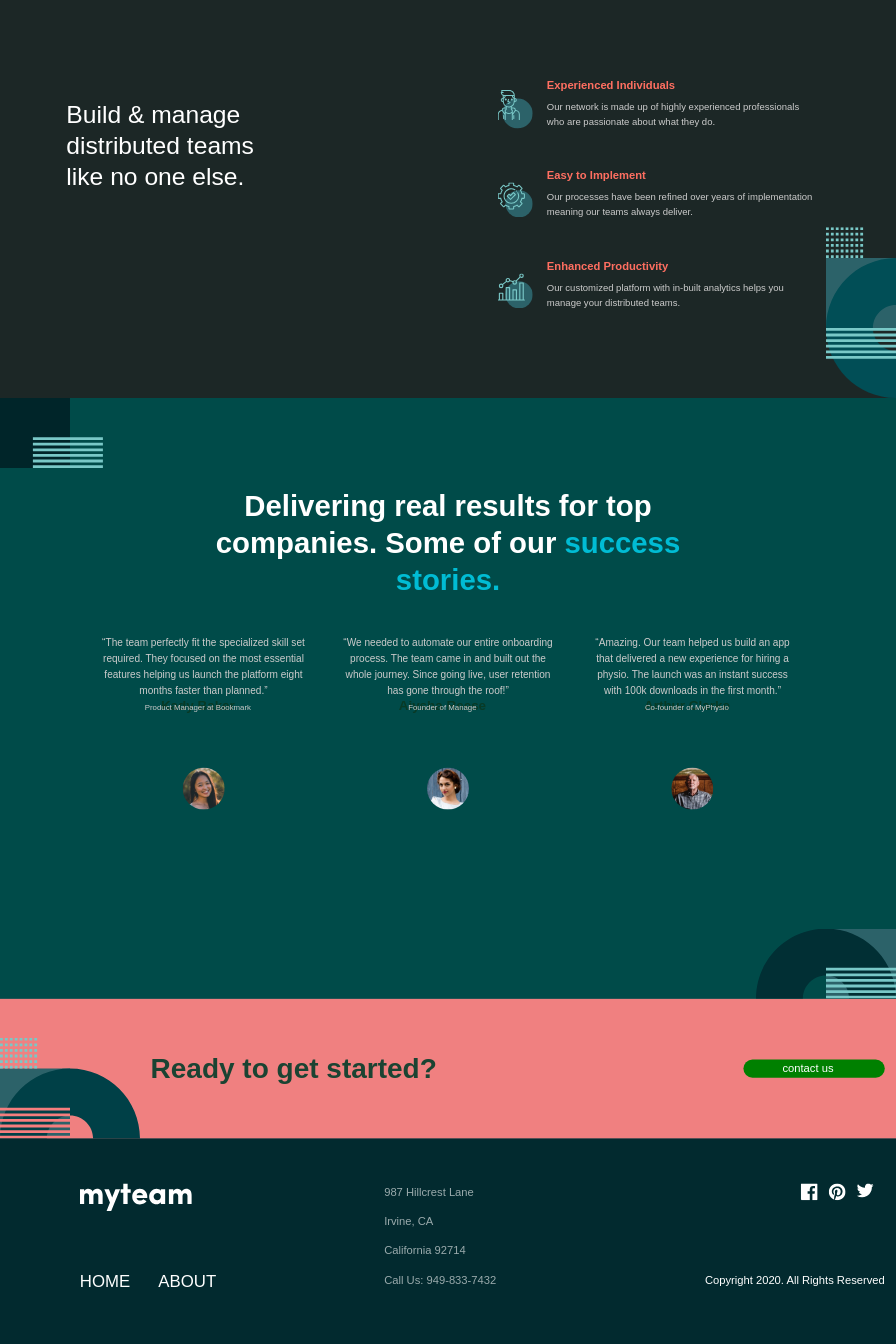
Repository: Gabriel221-dev/Project-page-main
Page: /
An editor plug-in stored every save of this project. The page is shown before and after the next save, followed by the edit.
The browser window is 1280 px wide. The pictures show the part of the page from y = 692 to 2612 px (the page is 2612 px tall), at 70% of full size.
The project was rebuilt for these pictures with package versions that can differ from the ones it lists, and the page was loaded fresh each time. Also part of the build but not shown: vite.config.js, src/pages/About.css, src/components/DirectorCard.css, src/components/DirectorCard.jsx, src/pages/About.jsx, src/pages/Contact.css, src/pages/Contact.jsx.

Above is the page before, as saved 2024-07-23 18:21:31.

### src/App.jsx
import { BrowserRouter as Router, Route, Routes } from "react-router-dom";
import Home from "./pages/Home";
import About from "./pages/About";
import Contact from "./pages/Contact";
import Header from "./components/Header";
import Footer from "./components/Footer";
import "./styles/global.css";

const App = () => {
  return (
    <Router>
      <Header />
      <main>
        <Routes>
          <Route path="/" element={<Home />} />
          <Route path="/about" element={<About />} />
          <Route path="/contact" element={<Contact />} />
        </Routes>
      </main>
      <Footer />
    </Router>
  );
};

export default App;

### src/components/Header.jsx
import { useState } from "react";
import { NavLink } from "react-router-dom";
import { FaBars } from "react-icons/fa";
import Sidebar from "./Sidebar";
import "./Header.css";
import { IconContext } from "react-icons";

const Header = () => {
  const [isSidebarToggled, setSidebarToggled] = useState(false);

  const handleToggle = () => {
    setSidebarToggled((prev) => !prev);
  };

  return (
    <>
      <IconContext.Provider value={{ color: "#fff" }}>
        <header className="header">
          <nav className="header__nav">
            <NavLink className="header__brand" to="/">
              <img
                className="header__logo"
                src="/Imagez/logo.svg"
                alt="Logo"
                loading="eager"
                width="160"
              />
            </NavLink>

            <ul className="header__navigation">
              <li className="header__link">
                <NavLink
                  className={({ isActive }) =>
                    isActive
                      ? "header__anchor header__anchor--active"
                      : "header__anchor"
                  }
                  to="/"
                >
                  home
                </NavLink>
              </li>
              <li className="header__link">
                <NavLink
                  className={({ isActive }) =>
                    isActive
                      ? "header__anchor header__anchor--active"
                      : "header__anchor"
                  }
                  to="/about"
                >
                  about
                </NavLink>
              </li>

              <NavLink className="header__btn" to="/contact">
                contact us
              </NavLink>
            </ul>

            <button
              className="header__menu"
              title="Toggle Menu"
              onClick={handleToggle}
            >
              <FaBars />
            </button>
          </nav>
          <Sidebar isOpen={isSidebarToggled} onToggle={handleToggle} />
        </header>
      </IconContext.Provider>
    </>
  );
};

export default Header;

### src/styles/global.css
/* Reset some default browser styles */
* {
    margin: 0;
    padding: 0;
    box-sizing: border-box;
  }

  body {
    font-family: 'Arial', sans-serif;
    line-height: 1.6;
    color: #333;
    background-color: #004953;
    margin: 0;
    padding: 0;
  }

  /* Headings */
  h1, h2, h3, h4, h5, h6 {
    margin-bottom: 1rem;
    line-height: 1.25;
  }

  h1 {
    font-size: 2.5rem;
  }

  h2 {
    font-size: 2rem;
  }

  h3 {
    font-size: 1.75rem;
  }

  h4 {
    font-size: 1.5rem;
  }

  h5 {
    font-size: 1.25rem;
  }

  h6 {
    font-size: 1rem;
  }

  /* Paragraphs */
  p {
    margin-bottom: 1rem;
  }

  /* Links */
  a {
    color: #007BFF;
    text-decoration: none;
  }

  a:hover {
    text-decoration: underline;
  }

  /* Images */
  img {
    max-width: 100%;
    height: auto;
  }

  /* Forms */
  input, textarea, button {
    font-family: inherit;
    font-size: inherit;
  }

  input, textarea {
    width: 100%;
    padding: 0.5rem;
    margin-bottom: 1rem;
    border: 1px solid #ccc;
    border-radius: 4px;
  }

  button {
    padding: 0.5rem 1rem;
    background-color: #007BFF;
    color: #fff;
    border: none;
    border-radius: 4px;
    cursor: pointer;
  }

  button:hover {
    background-color: #0056b3;
  }

  /* Utility Classes */
  .container {
    max-width: 1200px;
    margin: 0 auto;
    padding: 0 1rem;
  }

  .text-center {
    text-align: center;
  }

  .mt-1 {
    margin-top: 1rem;
  }

  .mb-1 {
    margin-bottom: 1rem;
  }

  .mt-2 {
    margin-top: 2rem;
  }

  .mb-2 {
    margin-bottom: 2rem;
  }

  .mt-3 {
    margin-top: 3rem;
  }

  .mb-3 {
    margin-bottom: 3rem;
  }

  .mt-4 {
    margin-top: 4rem;
  }

  .mb-4 {
    margin-bottom: 4rem;
  }

  .mt-5 {
    margin-top: 5rem;
  }

  .mb-5 {
    margin-bottom: 5rem;
  }

### src/components/ContactBanner.jsx
import { Link } from "react-router-dom";
import "./ContactBanner.css";

const ContactBanner = () => {
  return (
    <div className="banner">
      <div className="banner__content">
        <h1 className="banner__title">Ready to get started?</h1>
        <Link to="/contact" className="banner__btn">
          contact us
        </Link>
      </div>
    </div>
  );
};

export default ContactBanner;

### src/pages/Home.css
/* Variables */
:root {
    --midnight-green: #004d40;
    --light-coral: #ff6f61;
    --rapture-blue: #00bcd4;
    --deep-jungle-green: #002b22;
    --sacramento-state-green: #003b36;
  }

  /* Main styles */
  /* .home {
    padding: 10px;
  } */

  .find {

    display: flex;
    align-items: center;
    justify-content: center;
    padding: 50px 0;
    position: relative;
    background-image: url('/Imagez/bg-pattern-home-1.svg');
    background-repeat: no-repeat;
    background-position: left -100px top 56px;
  }

  @media only screen and (max-width: 768px) {
    .find {
      background-image: none;
    }
  }

  .find__content {
    display: flex;
    flex-direction: row;
    align-items: center;
    justify-content: center;
    text-align: left;
    color: white;
    background-image:url('/Imagez/bg-pattern-home-2.svg');
    background-repeat: no-repeat;
    background-position: right bottom ;
  }

  @media only screen and (max-width: 768px) {
    .find__content {
      flex-direction: column;
    }
  }

  .find__title {
    font-size: 6.8rem;
    margin-bottom: 4rem;
    padding-left: 2rem;
    padding-bottom: 3rem;
    flex: 1;
    max-width: 700px;
  }

  @media only screen and (max-width: 768px) {
    .find__title {
      text-align: center;
      margin: 0 auto;
      font-size: 2rem;
    }
  }

  .find__title--coral {
    color: var(--light-coral);
  }

  .find__description {
    font-size: 1rem;
    padding: 2rem 0.5rem;
    margin: 1rem 0.5rem;
    max-width: 420px;
    flex: 1;
  }

  @media only screen and (max-width: 768px) {
    .find__description {
      text-align: center;
      margin: 0 auto;
      font-size: 1rem;
    }
  }

  .build {
    background-color: #1c2726;
    padding: 50px 0;
    display: flex;
    height: 100%;
    align-items: center;
    justify-content: center;
    position: relative;
    background-image: url('/Imagez/bg-pattern-home-3.svg');
    background-repeat: no-repeat;
    background-position: right -100px bottom;
  }

  @media only screen and (max-width: 768px) {
    .build {
      background-position: right -100px top;
      flex-direction: column;
    }
  }

  .build__content {
    display: flex;
    flex-direction: row;
    align-items: flex-start;
    justify-content: space-between;
    max-width: 1200px;
    width: 100%;
    margin-top: 1rem;
    padding: 1.8rem;
  }

  @media only screen and (max-width: 768px) {
    .build__content {
      flex-direction: column;
    }
  }

  .build__title {
    font-size: 2.2rem;
    color: #fff;
    margin: 10px -24px;
    flex: 1;
    max-width: 420px;
    padding: 50px;
    text-align: left;
    font-weight: 200;
  }

  @media only screen and (max-width: 768px) {
    .build__title {
      margin-bottom: 20px;
      text-align: left;
      padding: 1rem;
      width: 250px;
      font-size: 2rem;
      text-align: left;
      justify-content: flex-start;
    }
  }

  .build__items {
    font-size: 0.5rem;
    display: flex;
    flex-direction: column;
    flex: 1;
    margin: 10px 50px;
    max-width: 450px;
  }

  @media only screen and (max-width: 768px) {
    .build__items {
      max-width: 100%;
    }
  }

  .build__item {
    display: flex;
    align-items: center;
    margin: 20px 0;
    text-align: left;
  }

  @media only screen and (max-width: 768px){
    .build__item{
      flex-direction: column;
      align-items: center;
    }
  }

  .build__icon {
    width: 50px;
    margin-right: 20px;

  }

  @media only screen and (max-width: 768px) {
    .build__icon {
      margin-bottom: 10px; /* Space between icon and text */
    }
  }

  .build__text h3 {
    font-size: 1rem;
    color: #ff6f61;
    font-weight: bold;
    margin-bottom: 10px;
  }

  @media screen and (max-width:768px){
    .build__text h3{
      padding: 1rem;
      font-size: 1rem;
      text-align: center;

    }
  }

  .build__text p {
    font-size: 0.85rem;
    color: #ccc;
    margin-top: 0;
  }

  @media screen and (max-width:768px){
    .build__text p{
      padding-bottom: .5rem;
      font-size: .8rem;
      width: 340px;
      text-align: center;
    }
  }

  .delivering {
    background-color: #004b49;
    padding: 50px 0px;
    position: relative;
    background-image:url(/Imagez/bg-pattern-home-4-about-3.svg), url(/Imagez/bg-pattern-home-5.svg);
    background-repeat: no-repeat;
    background-position: left top, right bottom;
    width: auto;
  }

  .delivering__content {
    text-align: center;
    max-width: 1000px;
    margin: 0 auto;
    grid-column: center-start / center-end;
    grid-row: 2 / 3;
    display: grid;
    grid-template-rows: 140px repeat(2, auto) 140px;
  }

  @media only screen and (max-width: 768px) {
    .delivering__content {
      grid-template-rows: 100px repeat(2, auto) 100px;
    }
  }

  .delivering__title {
    font-size: 41.9px;
    font-weight: bold;
    color: #fff;
    text-align: center;
    max-width: 49.5rem;
    height: 170px;
    margin-left: auto;
    margin-right: auto;
    margin-top: 79px;
    /* background-color:greenyellow; */
  }

  @media only screen and (max-width: 768px) {
    .delivering__title {
      margin-top: 4.8rem;
      font-size: 1.9rem;
      display: block;
      max-width: 550px;
      margin-bottom: 60px;
      padding: 1.5rem;
    }
  }

  .delivering__title--rapture-blue {
    color: var(--rapture-blue);
  }

  .delivering__quotes {
    justify-content: center;
    grid-row: 3 / 4;
    display: grid;
    grid-template-columns: repeat(3, 1fr);
    column-gap: 3rem;
    margin-top: 2rem;
    height: 350px;
    max-width: 1000px;
    margin-top: 8rem;
  }

  @media only screen and (max-width: 768px) {
    .delivering__quotes {
      grid-template-columns: 1fr;
      grid-template-rows: repeat(3, min-content);
      column-gap: 0;
      row-gap: 2.5rem;
      padding: 2.5rem;
      margin-top: 6.8rem;
    }
  }

  .delivering__quote {
    text-align: center;
    display: flex;
    flex-direction: column;
    justify-content: space-between;
    height: 100%;
        margin-left: auto;
    margin-right: auto;
  }

  .delivering__quote p {
    font-size: .9rem;
    color: #ccc;
    display: -webkit-box;
    -webkit-box-orient: vertical;
    -webkit-line-clamp: 4;
    overflow: hidden;
    text-overflow: ellipsis;
    margin-top: 20px;
  }

  .delivering__quote h3 {
    font-size: 1.2rem;
    color: #083a26;
    margin:-8rem 2rem -3rem 1rem;
  }

  .delivering__quotes .name__tag {
    font-size: .7rem;
    margin:-5rem 1rem -2rem 0rem;
  }

  .delivering__quote img {
    width: 60px;
    height: 60px;
    border-radius: 50%;
    align-self: center;
    margin: 0rem 0rem 5rem 0rem ;
  }


  @media only screen and (max-width: 768px) {
    .delivering__quotes {
      grid-template-columns: 1fr;
      grid-template-rows: repeat(3, min-content);
      column-gap: 0;
      row-gap: 2.5rem;
      padding: 2.5rem;
      height: auto
    }

    .delivering__quote {
      height: auto; /* Adjust height for smaller screens */
    }

    .delivering__quote p {
      -webkit-line-clamp: 3; /* Limits the text to 3 lines on smaller screens */
    }

    .delivering__quote h3, p{
      margin: .5rem;
    }

    .delivering__quote .name__tag{
      margin: -4px;
    }

    .delivering__quote img{
      margin: 15px;
    }
  }

### src/components/Sidebar.jsx
import PropTypes from "prop-types";
import { useNavigate } from "react-router-dom";
import { AiOutlineClose } from "react-icons/ai";
import "./Sidebar.css";
import { IconContext } from "react-icons";

const Sidebar = ({ isOpen, onToggle }) => {
  const navigate = useNavigate();

  const handleNavigate = (path) => {
    navigate(path);
    onToggle();
  };

  return (
    <IconContext.Provider value={{ color: "#fff" }}>
      <div className={`sidebar ${isOpen ? "sidebar--open" : ""}`}>
        <div className="sidebar__overlay" onClick={onToggle}></div>
        <div className="sidebar__content">
          <div className="sidebar__header">
            <button
              className="sidebar__close"
              title="Close Menu"
              onClick={onToggle}
            >
              <AiOutlineClose />
            </button>
          </div>

          <ul className="sidebar__navigation">
            <li className="sidebar__link">
              <button
                className="sidebar__anchor"
                onClick={() => handleNavigate("/")}
              >
                home
              </button>
            </li>
            <li className="sidebar__link">
              <button
                className="sidebar__anchor"
                onClick={() => handleNavigate("/about")}
              >
                about
              </button>
            </li>
          </ul>

          <button
            className="sidebar__btn"
            onClick={() => handleNavigate("/contact")}
          >
            contact us
          </button>
        </div>
      </div>
    </IconContext.Provider>
  );
};

Sidebar.propTypes = {
  isOpen: PropTypes.bool.isRequired,
  onToggle: PropTypes.func.isRequired,
};

export default Sidebar;

### src/components/Header.css
.header {
    background-color: #004953;
    height: 194px;
    display: flex;
    justify-content: space-between;
    align-items: center;
    padding: 1rem 7rem;
  }

  @media only screen and (max-width: 850px) {
    .header {
      height: 150px;
      /* background-color:red; */
      align-items:left;
    }
  }

  @media only screen and (max-width: 576px) {
    .header {
      height: 128px;
    }
  }

  .header__nav {
    /* display: flex;
    align-items: center;
    gap: 8rem; */
    grid-column: center-start / center-end;
    display: grid;
    grid-template-columns: max-content 1fr max-content;
    align-items: center;
    column-gap: 8rem;

    @media only screen and (max-width: 768px) {
      column-gap: 4rem;
    }

    @media only screen and (max-width: 576px) {
        grid-template-columns: repeat(2, 1fr);
        column-gap: 0;
    }
  }

  .header__logo {
    max-width: 158px;

    @media only screen and (max-width: 768px) {
      margin-right: 14rem;
      margin-left: -5rem;
    }
  }

  .header__navigation {
    list-style: none;
    display: flex;
    margin: 0;
    padding: 0;
    text-decoration: none;

    @media only screen and (max-width: 820px) {
      display: none;
    }
  }

  .header__link {
    margin-right: 4rem;
    text-decoration: none;
  }

  /* .header:last-child {
    margin-right: 0;
  } */

  .header__anchor {
    font-size: 1.3rem;
    text-decoration: none;
    color: #333;
    font-weight: bold;
  }

  .header__anchor:hover{
    text-decoration: none;
  }

  .header__anchor--active {
    color: #f08080;
}

  .header__btn {
    background-color: transparent;
    border: 2px solid #fff;
    border-radius:16px;
    color: #fff;
    padding: 0.5rem 1.5rem;
    margin-left: 16rem;
    text-decoration: none;
    display: inline-block;
    cursor: pointer;
    justify-self: end;

    @media only screen and (max-width: 820px) {
      display: none;
    }
  }

  .header__btn:hover{
    background-color:white;
    color:#004953;
    text-decoration: none;
    border-radius:16px;
    transform: scale(1.05);
    transition: transform 0.6s ease-in-out, border-bottom 0.6s ease;
  }

  .header__menu {
    display: none;

    @media only screen and (max-width: 820px) {
      display: flex;
      width: 50px;
      height: 28px;
      padding: .1rem;
      border: 0;
      outline: 0;
    }
  }

  .header__menu:hover{
    background:none;
  }

### src/components/ContactBanner.css
.banner {
    background-color: #f08080;
    height: 200px;
    display: grid;
    column-gap: 3rem;
    align-items: center;
    align-content: center;
    background-image:url(/Imagez/bg-pattern-home-6-about-5.svg);
    background-repeat: no-repeat;
    background-position: left bottom;

    @media only screen and (max-width: 768px) {
      height: 302px;
    }
  }

  .banner__content {
    grid-column: 2 / 10;
    display: grid;
    grid-template-columns: repeat(12, 1fr);
    align-items: center;
    grid-column: center-start / center-end;
    column-gap: 3rem;

    @media only screen and (max-width: 768px) {
      grid-template-rows: repeat(2, min-content);
      grid-template-columns: 1fr;
      column-gap: 0;
      row-gap: 2.4rem;
      text-align: center;
    }
  }

  .banner__title {
    color: #1b4332;
    margin: 1rem;
    grid-column:1 / 7;


    @media only screen and (max-width: 768px) {
      grid-column: 2 / 9;
    }

    @media only screen and (max-width: 480px) {
      grid-column: 1 / 2;
    }
  }

  .banner__btn {
    grid-column: 10 / -1;
    background-color: green;
    color: #ffffff;
    margin: 1rem;
    border-radius: 1rem;
    padding-left: 3.5rem;


    @media only screen and (max-width: 768px) {
        grid-column: 9 / -1;
      margin: auto;
      padding: .5rem;
    }
  }

  /* New styles for mobile layout */
  @media only screen and (max-width: 480px) {
    .banner__content {
      grid-template-columns: auto; /* Remove explicit row heights */
      text-align: center; /* Center align content on smaller screens */
    }

    .banner__title {
      grid-column: 1 / -1; /* Span across all columns */
      margin-bottom: 1rem; /* Add space between title and button */
    }
  }

### src/components/Sidebar.css
.sidebar {
    display: none;
    width: 100%;
    height: 100%;
    position: fixed;
    top: 0;
    left: 0;
    z-index: 100;
    transition: all 0.3s ease;
  }

  .sidebar--open {
    display: grid;
    grid-template-columns: 1fr min-content;
  }

  .sidebar__overlay {
    grid-column: 1 / -1;
    grid-row: 1 / 2;
    background-color: rgba(0, 0, 0, 0.5);
    transition: background-color 0.3s ease;

  }

  .sidebar__content {
    grid-column: 2 / 3;
    grid-row: 1 / 2;
    background-color: #194c4c;
    width: 250px;
    display: grid;
    grid-template-rows: 128px repeat(2, min-content);
    grid-template-columns: 48px 1fr 25px;
    transition: width 0.3s ease;
    background-image: url(/Imagez/bg-pattern-about-1-mobile-nav-1.svg);
    background-repeat: no-repeat;
    background-position: right -100px bottom;
    transition: width .4s ease;

  }

  .sidebar__header {
    grid-column: 2 / 3;
    justify-self: end;
    align-self: center;
  }

  .sidebar__close {
    background-color:#194c4c ;
    width: 30px;
    border: 0;
    outline: 0;
  }

  .sidebar__close:hover{
    background-color:#194c4c;
  }

  .sidebar__navigation {
    grid-column: 2 / 3;
    list-style: none;
    margin: 0;
    padding: 0;
  }

  .sidebar__link {
    margin-bottom: 2.4rem;
  }

  .sidebar__anchor {
    font-size: 1.1rem;
    color: #fff;
    background: transparent;
    border: none;
    text-decoration: none;
    cursor: pointer;
  }

  .sidebar__anchor:hover{
    background:none;
  }

  .sidebar__btn {
    grid-column: 2 / 3;
    background-color: transparent;
    border: 1px solid #fff;
    color: #fff;
    padding: 0.5rem 1rem;
    text-decoration: none;
    display: inline-block;
    cursor: pointer;
    width: 159px;
  }

  .sidebar__btn:hover{
    background:white;
    color:#194c4c;
    transform: scale(1.05);
    transition: transform 0.3s ease-in-out, border-bottom 0.6s ease;
  }

  .sidebar--open .sidebar__overlay {
    background-color: rgba(0, 0, 0, 0.5);
  }

  .sidebar--open .sidebar__content {
    width: 250px;
  }

  @media (max-width: 768px) {
    .header__menu {
      display: grid;
      background-color: transparent;
      width: 24px;
      border: 0;
      outline: 0;
      justify-self: end;
      align-self: center;
      margin-left: auto;
    }
  }

Loaded but not shown: index.html (common file); src/main.jsx (common file); src/pages/Home.jsx (120 lines, source omitted); src/components/Footer.jsx (89 lines, source omitted); src/components/Footer.css (209 lines, source omitted)

After the next save:
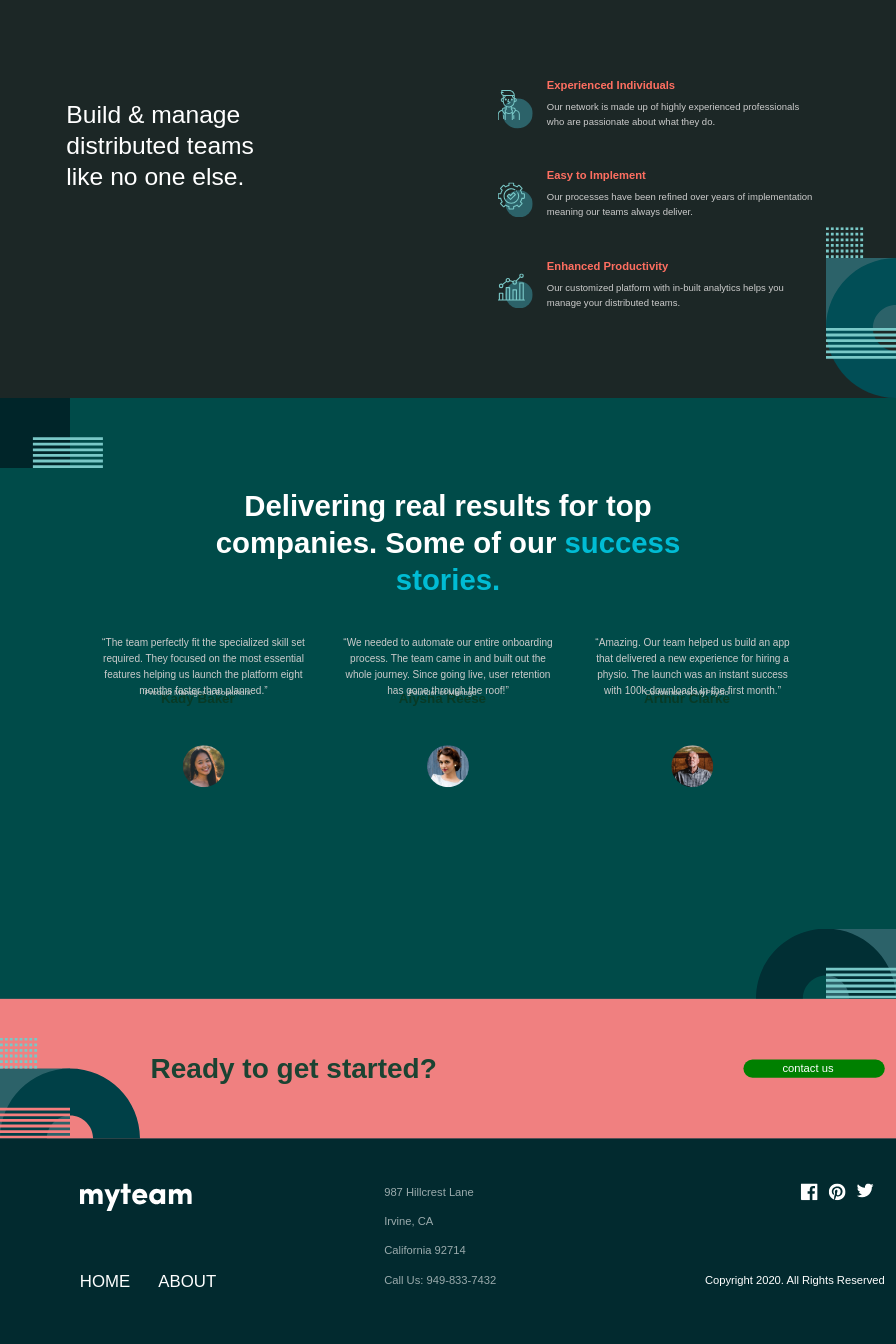
Saved 11 s later.
--- a/src/pages/Home.css
+++ b/src/pages/Home.css
@@ -331,7 +331,7 @@
     height: 60px;
     border-radius: 50%;
     align-self: center;
-    margin: 0rem 0rem 5rem 0rem ;
+    margin: 0rem 0rem 7rem 0rem ;
   }
 
 
